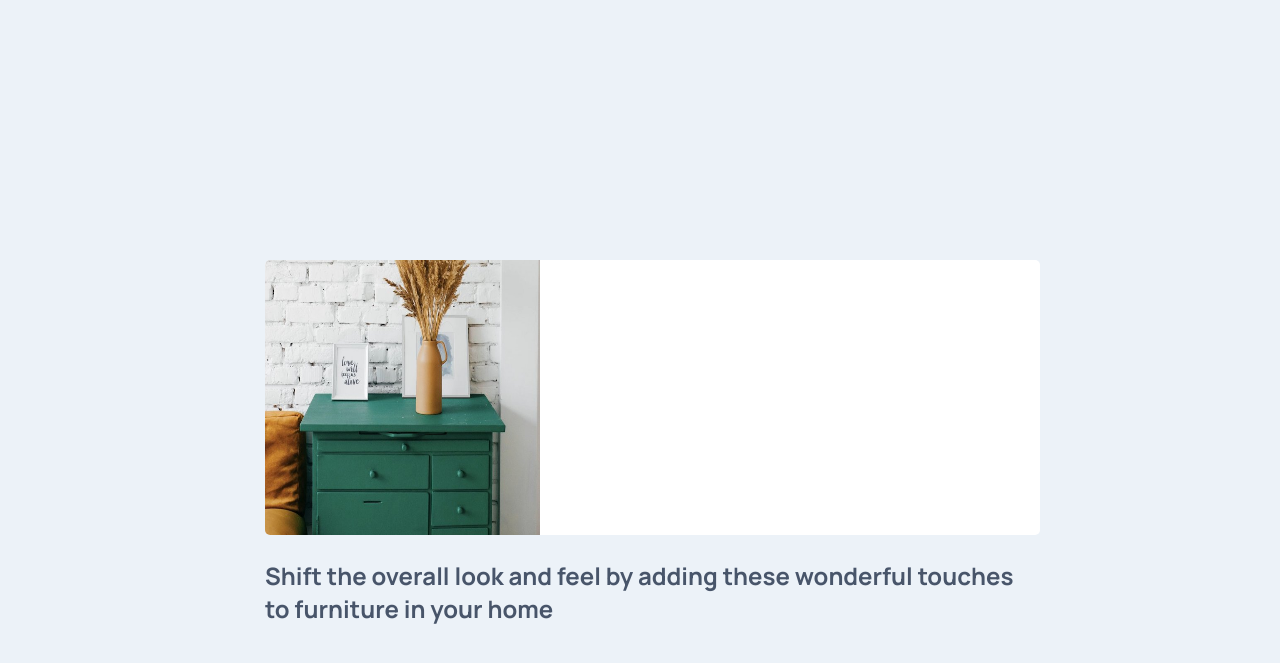
Repository: ricky603/training-css
Page: article-preview-component-master/index.html
An editor plug-in stored every save of this project. The page is shown before and after the next save, followed by the edit.
The browser window is 1280 px wide. The pictures show the whole page.

Above is the page before, as saved 2020-09-09 08:36:41.

After the next save:
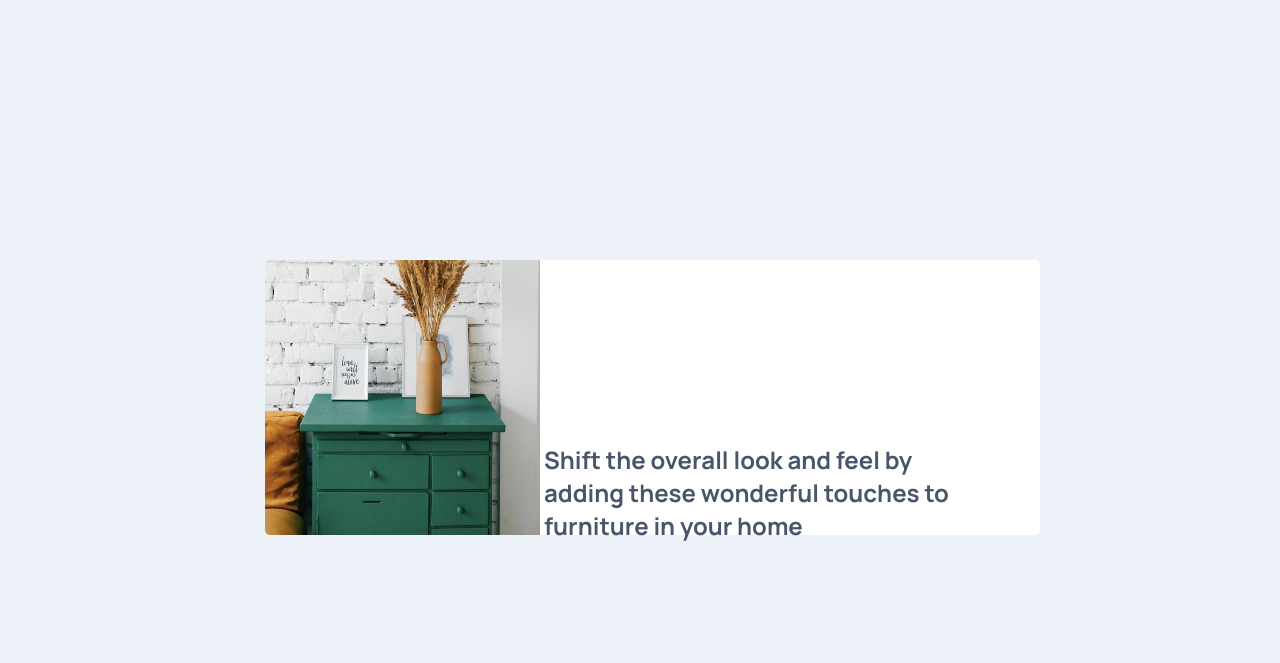
Saved 33 s later.
--- a/article-preview-component-master/styles.css
+++ b/article-preview-component-master/styles.css
@@ -12,6 +12,7 @@ h2 {
 }
 
 .post {
+    width: 57%;
     display: inline-block;
 }
 
